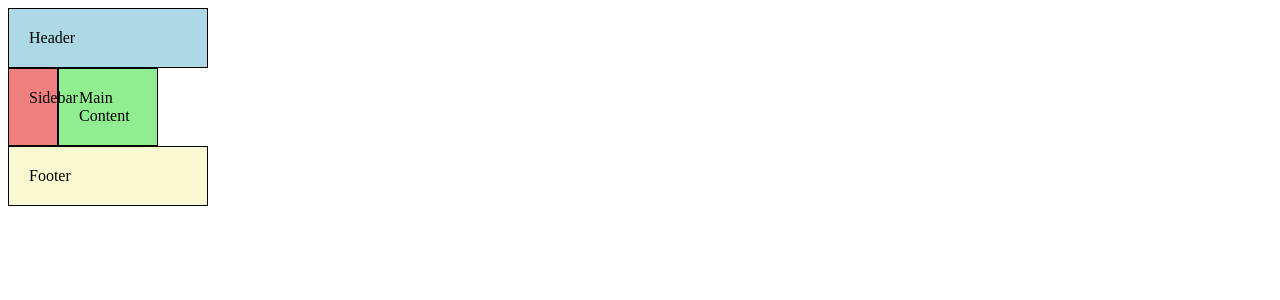
Repository: gustavotwist/desafio-grid
Page: assets/index.html
The author's editor kept a copy of each file at every save. The page is drawn from the files as they stood at one save, then again after the next save.
The browser window is 1280 px wide. The pictures show the whole page.

Above is the page before, as saved 2024-08-13 18:44:47.

### assets/index.html
<!DOCTYPE html>
<html lang="pt-BR">
<head>
    <meta charset="UTF-8">
    <meta name="viewport" content="width=device-width, initial-scale=1.0">
    <title>Desafio Grid</title>
    <link rel="stylesheet" href="css/style.css">
</head>
<body>
    <div class="container">
        <header>Header</header>
        <main class="content">Main Content</main>
        <aside>Sidebar</aside>
        <footer>Footer</footer>
    </div>

</body>
</html>

### assets/css/style.css
.container {
    display: grid;
    grid-template-columns: 50px 50px 50px 50px;
    grid-template-rows: auto;
    grid-template-areas:
        "header header header header"
        "sidebar main main ."
        "footer footer footer footer";
}

header {
    grid-area: header;
    background-color: lightblue;
}
main {
    grid-area: main;
    background-color: lightgreen;
}
aside {
    grid-area: sidebar;
    background-color: lightcoral;
}
footer {
    grid-area: footer;
    background-color: lightgoldenrodyellow;
}

/* Apenas para melhor visualização */
header, main, aside, footer {
    padding: 20px;
    border: 1px solid #000;
}

After the next save:
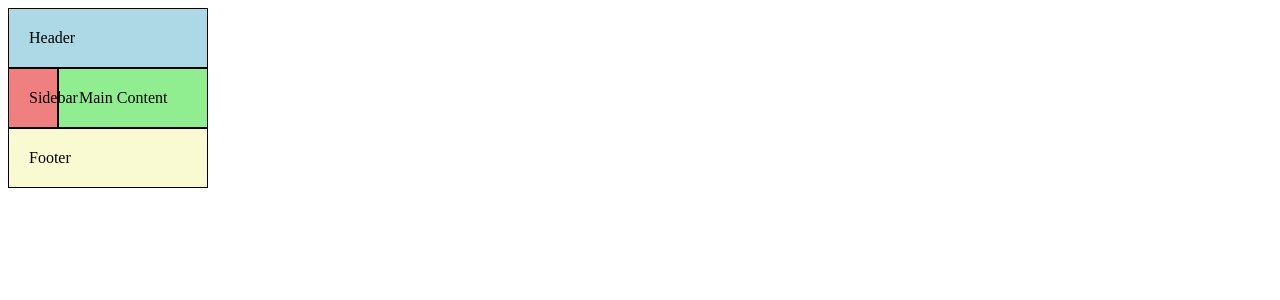
Saved 15 s later.
--- a/assets/css/style.css
+++ b/assets/css/style.css
@@ -4,7 +4,7 @@
     grid-template-rows: auto;
     grid-template-areas:
         "header header header header"
-        "sidebar main main ."
+        "sidebar main main main"
         "footer footer footer footer";
 }
 
